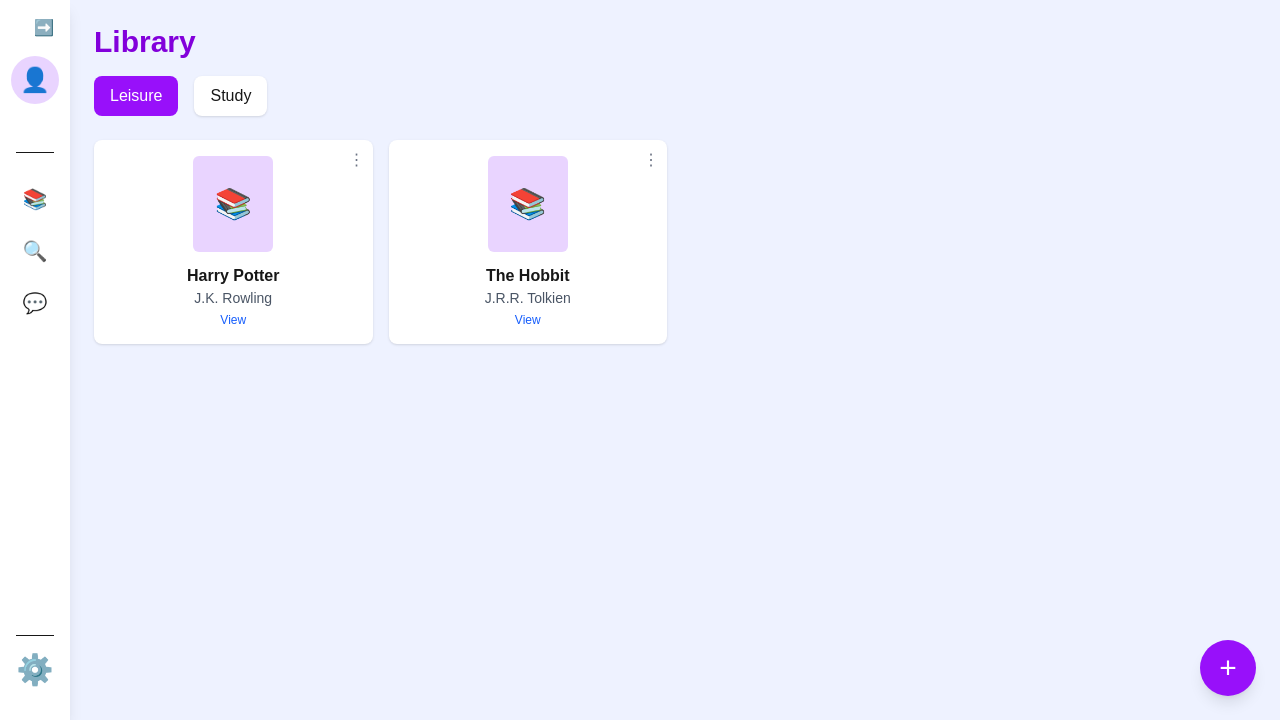
Repository: ramosfranz/bookie
Page: /dashboard
These files come from the project's save history. The page is drawn as it stood at one moment and after the next save; the edit follows.
The browser window is 1280 px wide. The pictures show the whole page.
The project was rebuilt for these pictures with package versions that can differ from the ones it lists, and the page was loaded fresh each time. The framework's server and built-in components were replaced by stand-ins that run in the browser. Also part of the build but not shown: next.config.ts.

Above is the page before, as saved 2025-11-20 14:41:15.

After the next save:
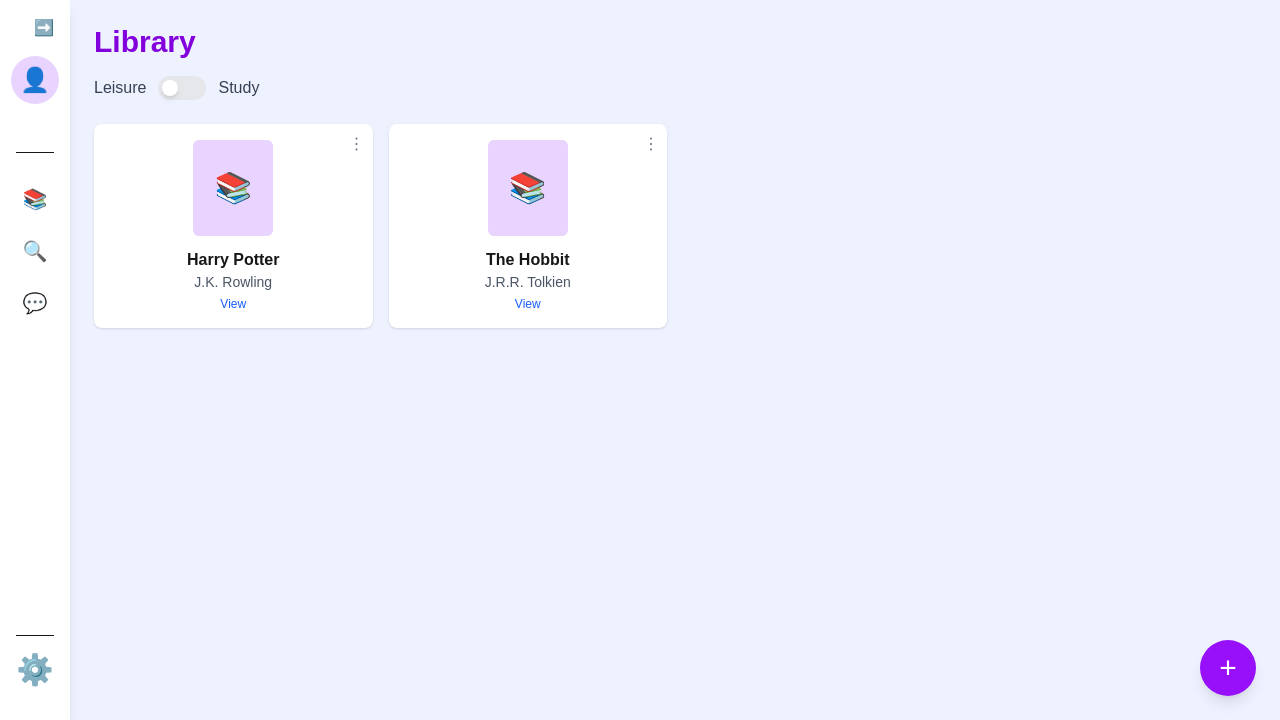
Saved 12 min 40 s later.
--- a/src/app/dashboard/page.tsx
+++ b/src/app/dashboard/page.tsx
@@ -47,7 +47,6 @@
     const authorsArray = formAuthors.split(",").map((a) => a.trim());
 
     if (editingId) {
-      // edit
       setCurrentLibrary((prev) =>
         prev.map((item) =>
           item.id === editingId
@@ -56,7 +55,6 @@
         )
       );
     } else {
-      // add
       const newItem = {
         id: Math.random().toString(36).substr(2, 9),
         title: formTitle,
@@ -96,24 +94,27 @@
       <main className="flex-1 p-6 relative">
         <h1 className="text-3xl font-bold text-purple-700 mb-4">Library</h1>
 
-        {/* Library Tabs */}
-        <div className="flex gap-4 mb-6">
-          <button
-            onClick={() => setLibraryTab("leisure")}
-            className={`px-4 py-2 rounded-lg ${
-              libraryTab === "leisure" ? "bg-purple-600 text-white" : "bg-white shadow"
-            }`}
-          >
-            Leisure
-          </button>
-          <button
-            onClick={() => setLibraryTab("research")}
-            className={`px-4 py-2 rounded-lg ${
-              libraryTab === "research" ? "bg-purple-600 text-white" : "bg-white shadow"
-            }`}
-          >
-            Study
-          </button>
+        {/* Library Toggle */}
+        <div className="flex items-center mb-6">
+          <span className="mr-3 text-gray-700">Leisure</span>
+          <label className="relative inline-flex items-center cursor-pointer">
+            <input
+              type="checkbox"
+              value=""
+              className="sr-only peer"
+              checked={libraryTab === "research"}
+              onChange={() =>
+                setLibraryTab(libraryTab === "research" ? "leisure" : "research")
+              }
+            />
+            <div className="w-12 h-6 bg-gray-200 peer-focus:outline-none rounded-full peer peer-checked:bg-purple-600 transition-all"></div>
+            <div
+              className={`absolute left-1 top-1 w-4 h-4 bg-white rounded-full shadow-md transition-transform ${
+                libraryTab === "research" ? "translate-x-6" : ""
+              }`}
+            ></div>
+          </label>
+          <span className="ml-3 text-gray-700">Study</span>
         </div>
 
         {/* Grid view */}
@@ -179,7 +180,6 @@
               <strong className="text-center text-sm sm:text-base">{item.title}</strong>
               <p className="text-xs sm:text-sm text-gray-600 text-center">{item.authors.join(", ")}</p>
 
-              {/* View */}
               {item.url && (
                 <a
                   href={item.url}
@@ -202,78 +202,7 @@
           +
         </button>
 
-        {/* Modal */}
-        {showModal && (
-          <div className="fixed inset-0 bg-black/50 flex items-center justify-center z-50">
-            <div className="bg-white rounded-lg p-6 w-full max-w-sm relative">
-              <button
-                className="absolute top-2 right-2 text-gray-500 hover:text-gray-700"
-                onClick={() => setShowModal(false)}
-              >
-                ✕
-              </button>
-              <h2 className="text-xl font-bold mb-4">{editingId ? "Edit Entry" : "Add Entry"}</h2>
-              <form onSubmit={handleSubmit} className="flex flex-col gap-3">
-                <input
-                  type="text"
-                  placeholder="Title"
-                  value={formTitle}
-                  onChange={(e) => setFormTitle(e.target.value)}
-                  className="px-3 py-2 border rounded-lg"
-                  required
-                />
-                <input
-                  type="text"
-                  placeholder="Authors (comma separated)"
-                  value={formAuthors}
-                  onChange={(e) => setFormAuthors(e.target.value)}
-                  className="px-3 py-2 border rounded-lg"
-                />
-                <input
-                  type="url"
-                  placeholder="URL"
-                  value={formUrl}
-                  onChange={(e) => setFormUrl(e.target.value)}
-                  className="px-3 py-2 border rounded-lg"
-                />
-                <button
-                  type="submit"
-                  className="px-4 py-2 bg-purple-600 text-white rounded-lg hover:bg-purple-700 transition"
-                >
-                  {editingId ? "Save" : "Add"}
-                </button>
-              </form>
-            </div>
-          </div>
-        )}
-
-        {/* Confirm Delete Modal */}
-        {confirmDelete && (
-          <div className="fixed inset-0 bg-black/50 flex items-center justify-center z-50">
-            <div className="bg-white rounded-lg p-6 w-full max-w-xs relative">
-              <p className="mb-4">
-                Are you sure you want to delete <strong>{confirmDelete.title}</strong>?
-              </p>
-              <div className="flex justify-end gap-2">
-                <button
-                  className="px-4 py-2 rounded-lg bg-gray-300 hover:bg-gray-400"
-                  onClick={() => setConfirmDelete(null)}
-                >
-                  Cancel
-                </button>
-                <button
-                  className="px-4 py-2 rounded-lg bg-red-600 text-white hover:bg-red-700"
-                  onClick={() => {
-                    handleDelete(confirmDelete.id);
-                    setConfirmDelete(null);
-                  }}
-                >
-                  Delete
-                </button>
-              </div>
-            </div>
-          </div>
-        )}
+        {/* Modal and Confirm Delete omitted for brevity */}
       </main>
     </div>
   );
